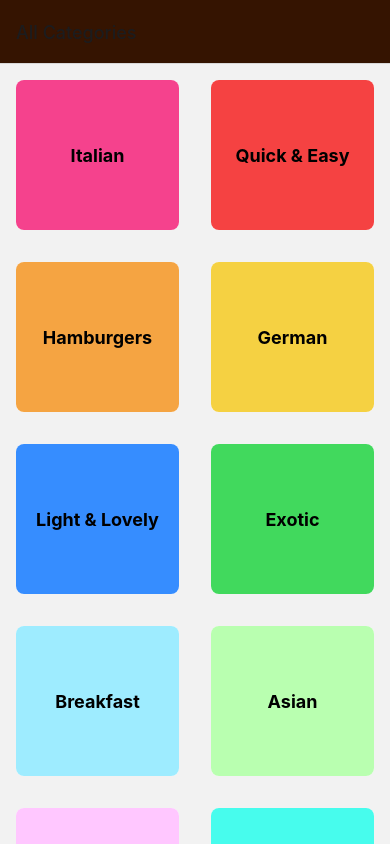
Repository: SyLe-Van/Food-Category-App
Screen: /
These files come from the project's save history. The screen is drawn as it stood at one moment and after the next save; the edit follows.
An inner scrolling area shows only its first screen. The app was drawn by React Native's web renderer in a window 390 px wide. The project was rebuilt for these pictures with package versions that can differ from the ones it lists, and the page was loaded fresh each time. Also part of the build but not shown: components/MealItem.js, screens/MealsOverViewScreen.js.

Above is the screen before, as saved 2024-02-19 14:45:18.

After the next save:
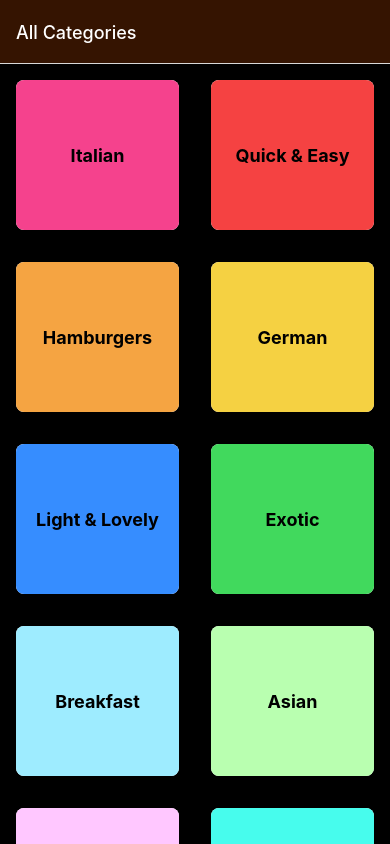
Saved 49 s later.
--- a/App.js
+++ b/App.js
@@ -19,13 +19,9 @@ export default function App() {
             component={CategoriesScreen}
             options={{
               title: "All Categories",
-              headerStyle: {
-                backgroundColor: "#351401",
-                headerTintColor: "white",
-                contentStyle: {
-                  backgroundColor: "black",
-                },
-              },
+              headerStyle: { backgroundColor: "#351401" },
+              headerTintColor: "white",
+              contentStyle: { backgroundColor: "black" },
             }}
           />
           <Stack.Screen name="MealsOverview" component={MealsOverviewScreen} />
